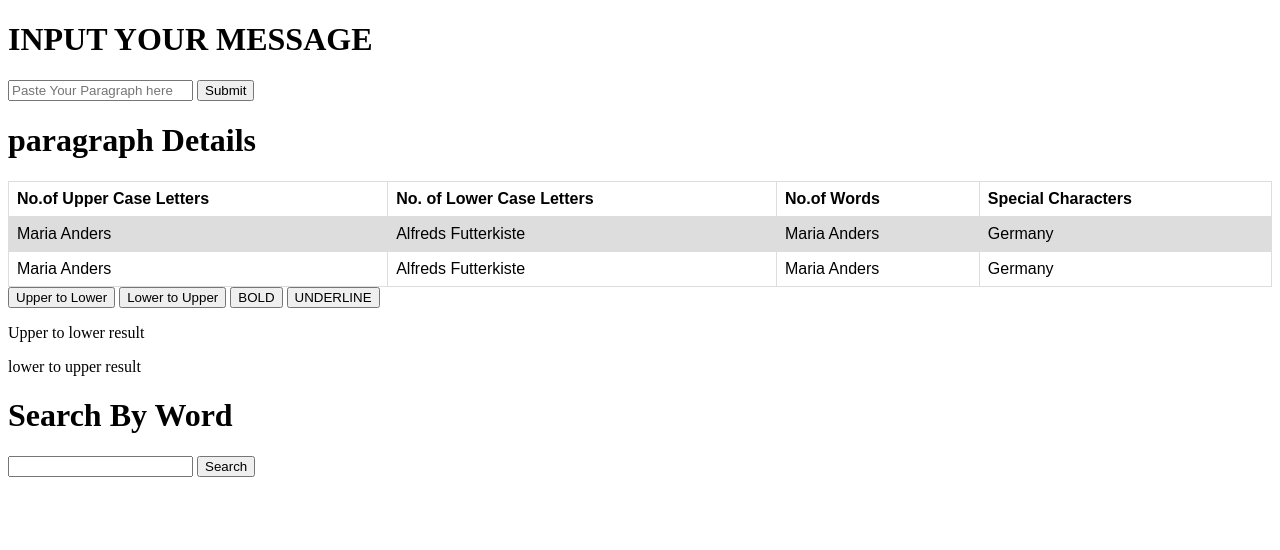
Repository: SharonSebastian32/Paragraph_management_application
Page: index.html
An editor plug-in stored every save of this project. The page is shown before and after a run of saves, followed by the edit.
The browser window is 1280 px wide. The pictures show the whole page.

Above is the page before, as saved 2024-08-22 14:40:07.

After the next 2 saves:
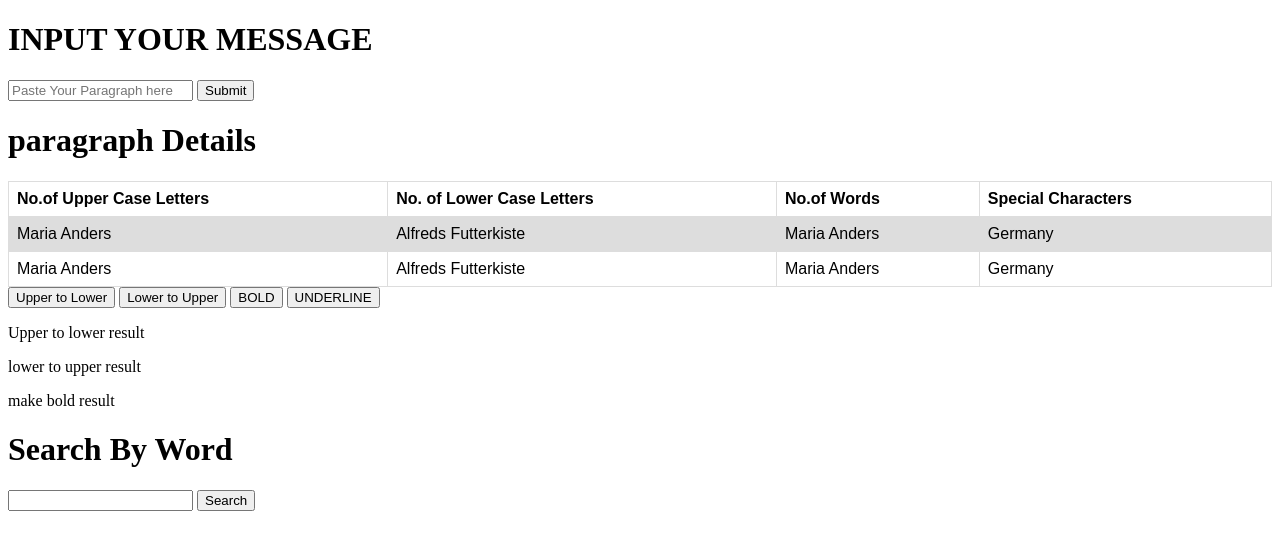
The 2 saves are shown as one change because they came seconds apart.
The last was saved 7 s later.
--- a/index.html
+++ b/index.html
@@ -51,7 +51,7 @@
     </div>
     <p>Upper to lower result</p>
     <p>lower to upper result</p>
-
+    <p>make bold result</p>
     <div>
       <h1>Search By Word</h1>
       <input type="text" name="" id="" />
